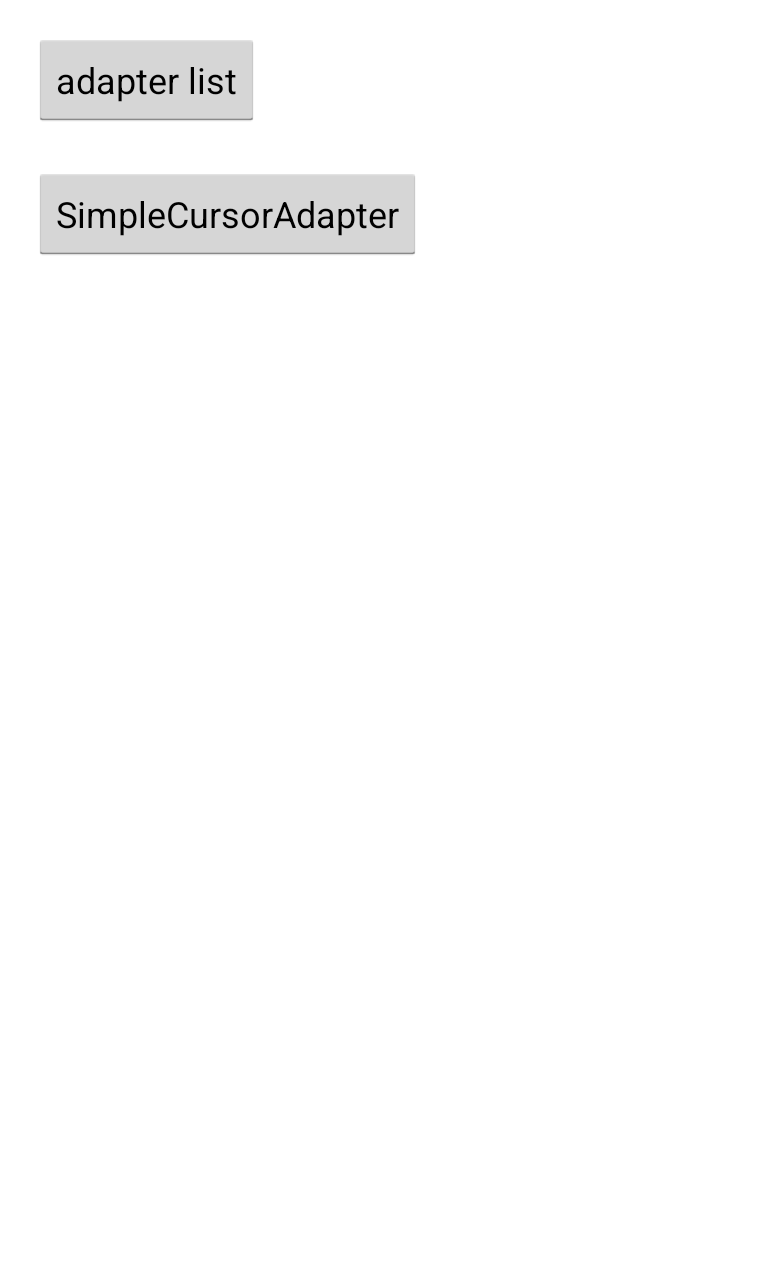
Repository: freelancer-dorian/exerciseAndroid
Layout: 05-20-UIBasic/List/res/layout/fragment_main.xml
An editor plug-in stored every save of this project. The layout is shown before and after the next save, followed by the edit.
It is drawn on a 768 x 1280 px phone screen (xhdpi) without system bars, with theme AppTheme; the app's code is not run.

Above is the layout before, as saved 2014-05-21 06:32:35.

After the next save:
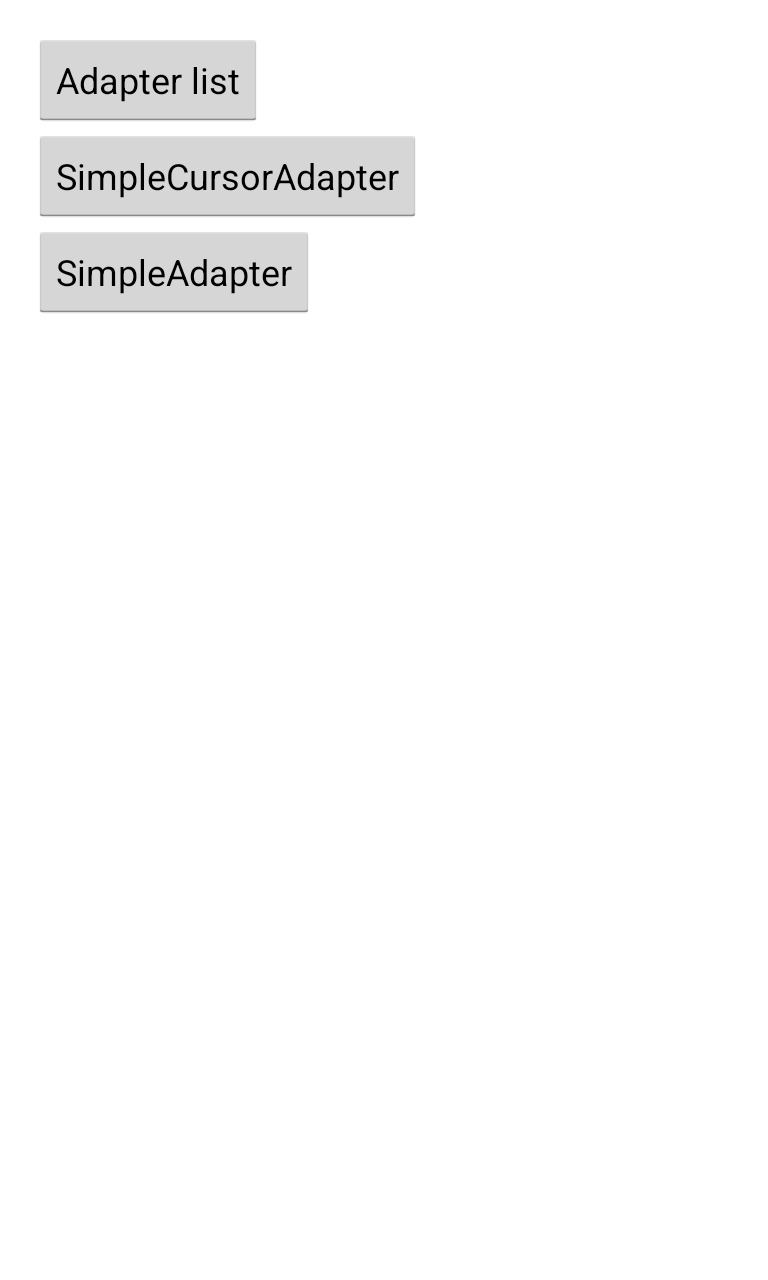
Saved 41 min 52 s later.
--- a/05-20-UIBasic/List/res/layout/fragment_main.xml
+++ b/05-20-UIBasic/List/res/layout/fragment_main.xml
@@ -9,20 +9,27 @@
     tools:context="com.dorian.list.MainActivity$PlaceholderFragment" >
 
     <Button
+        android:id="@+id/button1"
+        android:layout_width="wrap_content"
+        android:layout_height="wrap_content"
+        android:layout_alignParentLeft="true"
+        android:layout_alignParentTop="true"
+        android:text="Adapter list" />
+
+    <Button
         android:id="@+id/button2"
         android:layout_width="wrap_content"
         android:layout_height="wrap_content"
         android:layout_alignLeft="@+id/button1"
         android:layout_below="@+id/button1"
-        android:layout_marginTop="19dp"
         android:text="SimpleCursorAdapter" />
 
     <Button
-        android:id="@+id/button1"
+        android:id="@+id/button3"
         android:layout_width="wrap_content"
         android:layout_height="wrap_content"
-        android:layout_alignParentLeft="true"
-        android:layout_alignParentTop="true"
-        android:text="adapter list" />
+        android:layout_alignLeft="@+id/button2"
+        android:layout_below="@+id/button2"
+        android:text="SimpleAdapter" />
 
 </RelativeLayout>
